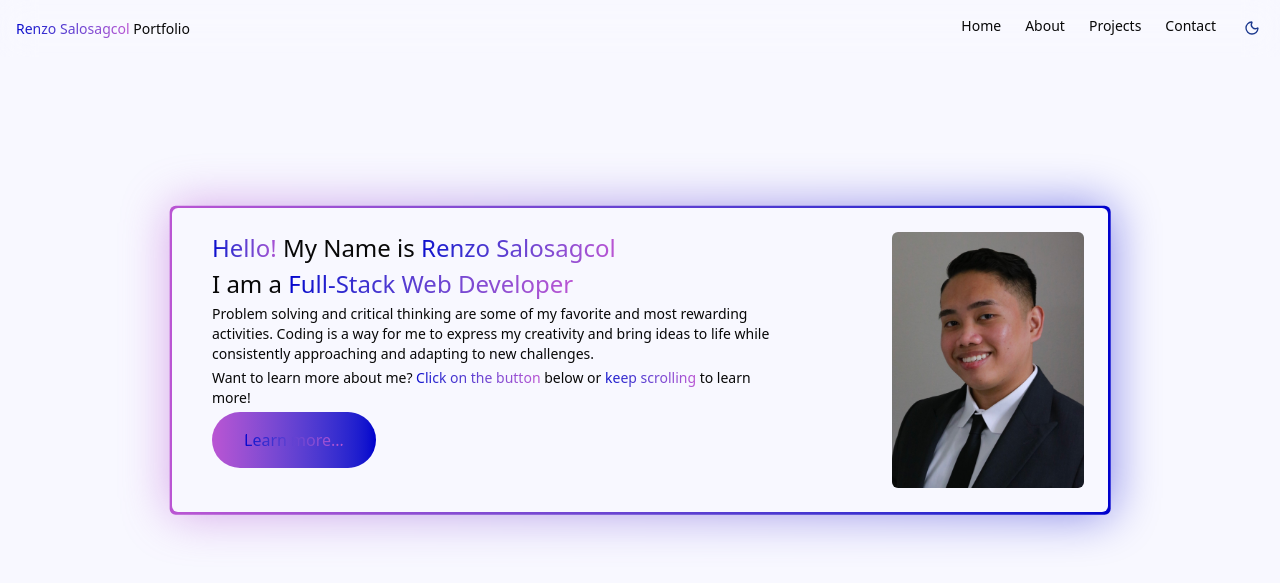
Repository: Renzo-Salosagcol/Updated_Personal_Portfolio
Page: /
An editor plug-in stored every save of this project. The page is shown before and after the next save, followed by the edit.
The browser window is 1280 px wide. The pictures show the whole page.
The project was rebuilt for these pictures with package versions that can differ from the ones it lists, and the page was loaded fresh each time. Also part of the build but not shown: vite.config.js, src/pages/NotFound.jsx.

Above is the page before, as saved 2025-10-09 21:06:37.

### index.html
<!doctype html>
<html lang="en">
  <head>
    <meta charset="UTF-8" />
    <link rel="icon" type="image/svg+xml" href="/vite.svg" />
    <meta name="viewport" content="width=device-width, initial-scale=1.0" />
    <title>updated-personal-portfolio</title>
  </head>
  <body>
    <div id="root"></div>
    <script type="module" src="/src/main.jsx"></script>
  </body>
</html>

### src/index.css
@import "tailwindcss";

@theme {
  --color-background: var(--background);
  --color-foreground: var(--foreground);

  --color-primary: var(--primary);
  --color-secondary: var(--secondary);

  --animate-fade-in: fade-in 1s ease-in forwards;
}

@layer base {
  /* Light Theme */
  :root {
    --background: #f8f8ff; /* Ghost White */
    --foreground: #080808; /* Vampire Black */

    --primary: #0000cd; /* Medium Blue */
    --secondary: #ba55d3; /* Medium Orchid */
  }

  /* Dark Theme */
  .dark {
    --background: #080808; /* Vampire Black */
    --foreground: #f8f8ff; /* Ghost White */

    --primary: #ff0800; /* Candy Apple Red */
    --secondary: #fefc22; /* Laser Lemon */
  }

  html {
    @apply scroll-smooth;
  }

  body {
    @apply bg-background text-foreground transition-colors duration-300;
  }
}

@property --gradient-angle {
  syntax: "<angle>";
  initial-value: 0deg;
  inherits: false;
}

@keyframes spin {
  from {
    --gradient-angle: 0deg;
  }
  to {
    --gradient-angle: 360deg;
  }
}

@keyframes fade-in {
  0% {
    opacity: 0;
    transform: translateY(20px);
  }
  100% {
    opacity: 1;
    transform: translateY(0);
  }
}

@utility container {
  margin-inline: auto;
  padding-inline: 1rem;
}

@utility after-gradient-border {
  @apply absolute h-[101.5%] w-[100.5%] top-1/2 left-1/2 -translate-x-1/2 -translate-y-1/2 rounded-md -z-10 bg-gradient-to-l from-primary to-secondary;
  content: '';
  /* animation: 3s spin linear infinite; */
}

@utility before-gradient-border {
  @apply after-gradient-border;
  filter: blur(1.5rem);
  opacity: 0.5;
}

@utility gradient-text {
  @apply text-transparent bg-clip-text bg-gradient-to-r from-primary to-secondary transition-colors duration-300;
}

@utility gradient-button {
  @apply flex justify-center items-center rounded-full py-[1em] px-[2em] bg-gradient-to-l from-primary to-secondary hover:cursor-pointer;
}

@utility gradient-button-inner {
  @apply flex h-full w-full items-center justify-center rounded-full bg-background gradient-text z-10
}

@utility gradient-border {
  @apply after:after-gradient-border before:before-gradient-border
}

@utility glassmorphism {
  @apply bg-background/30 backdrop-blur-lg
}

### src/App.jsx
import { BrowserRouter, Routes, Route } from "react-router-dom"
import { Home } from "./pages/Home"
import { NotFound } from "./pages/NotFound"

function App() {
  return (
    <BrowserRouter>
      <Routes>
        <Route path="/" element={<Home />} />
        <Route path="*" element={<NotFound />} />
      </Routes>
    </BrowserRouter>
  )
}

export default App

### src/pages/Home.jsx
import { Background } from "../components/Background"
import { Navbar } from "../components/Navbar"
import { Hero } from "../components/Hero"

export const Home = () => {
  return (
    <div id="home" className="w-full h-screen">
      {/* Background */}
      <Background />


      {/* Navbar */}
      <Navbar />

      {/* Main */}
      <Hero />

      {/* Footer */}
    </div>
  )
}

### src/components/Background.jsx


export const Background = () => {
  return (
    <div className="fixed inset-0 overflow-hidden pointer-events-none -z-40 bg-background w-screen h-screen">
    </div>
  )
}

### src/components/Navbar.jsx
import { ThemeToggle } from './ThemeToggle'

const items = [
  { name: 'Home', href: '#home' },
  { name: 'About', href: '#about' },
  { name: 'Projects', href: '#projects' },
  { name: 'Contact', href: '#contact' },
]

export const Navbar = () => {
  return (
    <nav className="fixed top-0 left-0 w-full p-2 flex items-center justify-between glassmorphism z-40 text-sm md:text-md text-foreground">
      <a href="#home" className="p-2"><span className="gradient-text">Renzo Salosagcol</span> Portfolio</a>
      <ul className="flex gap-6 p-2">
        {items.map(item => (
          <li key={item.name}
            className="hover:gradient-text transition-all duration-300 relative">
            <a href={item.href}>{item.name}</a>
          </li>
        ))}
        <li><ThemeToggle /></li>
      </ul>
    </nav>
  )
}

### src/components/Hero.jsx
import GradientButton from "./GradientButton";

export const Hero = () => {
  return (
    <main className="relative min-h-screen flex items-center justify-center max-w-10/12 rounded-md container z-0">
      <div className="z-0 relative gradient-border opacity-0 animate-fade-in">
        <div className="w-full h-full relative container flex flex-cols md:flex-rows justify-between gap-6 rounded-md p-6 bg-background">
          <div className="container flex flex-col gap-1">
            <h1 className="text-lg md:text-xl lg:text-2xl">
              <span className="gradient-text">Hello! </span>
              My Name is
              <span className="gradient-text"> Renzo Salosagcol</span>
            </h1>
            <h1 className="text-lg md:text-xl lg:text-2xl">I am a <span className="gradient-text">Full-Stack Web Developer</span></h1>
            <h3 className="w-md md:w-lg lg:w-xl text-sm">Problem solving and critical thinking are some of my favorite and most rewarding activities. Coding is a way for me to express my creativity and bring ideas to life while consistently approaching and adapting to new challenges.</h3>
            <h3 className="w-md md:w-lg lg:w-xl text-sm">Want to learn more about me?
              <span className="gradient-text"> Click on the button</span> below or
              <span className="gradient-text"> keep scrolling</span> to learn more!
            </h3>
            <a
              href="#about"
              className="relative"
            >
              <GradientButton content="Learn more..." />
            </a>
          </div>
          <div>
            <img
            src="../../headshot.jpeg"
            alt="Headshot Photo"
            className="rounded-md w-64 h-64 object-cover"
            />
          </div>
      </div>
      </div>
    </main>
  )
}

### src/components/ThemeToggle.jsx
import { useState, useEffect } from "react"
import { Sun, Moon } from "lucide-react"

export const ThemeToggle = () => {
  const [isDark, setIsDark] = useState(false)

  useEffect(() => {
    const theme = localStorage.getItem("theme")
    if (theme) {
      setIsDark(theme === "dark")
      document.documentElement.classList.toggle("dark", theme === "dark")
    }
  }, [])

  const toggleTheme = () => {
    setIsDark(!isDark)
    document.documentElement.classList.toggle("dark", !isDark)
    localStorage.setItem("theme", !isDark ? "dark" : "light")
  }

  return (
    <button
      onClick={toggleTheme}
      className="max-sm:hidden p-1 z-50 rounded-full transition-color duration-300 focus:outline-hidden hover:cursor-pointer"
    >
      {isDark ? (
        <Sun className="h-4 w-4 text-yellow-300" />
      ) : (
        <Moon className="h-4 w-4 text-blue-900" />
      )}
    </button>

  )
}

### src/components/GradientButton.jsx
import React from "react";
import { props } from "react";

function GradientButton(props) {
  return (
    <button className="gradient-button">
      <div className="gradient-button-inner">
        {props.content}
      </div>
    </button>
  )
}

export default GradientButton;

Loaded but not shown: src/main.jsx (common file)

After the next save:
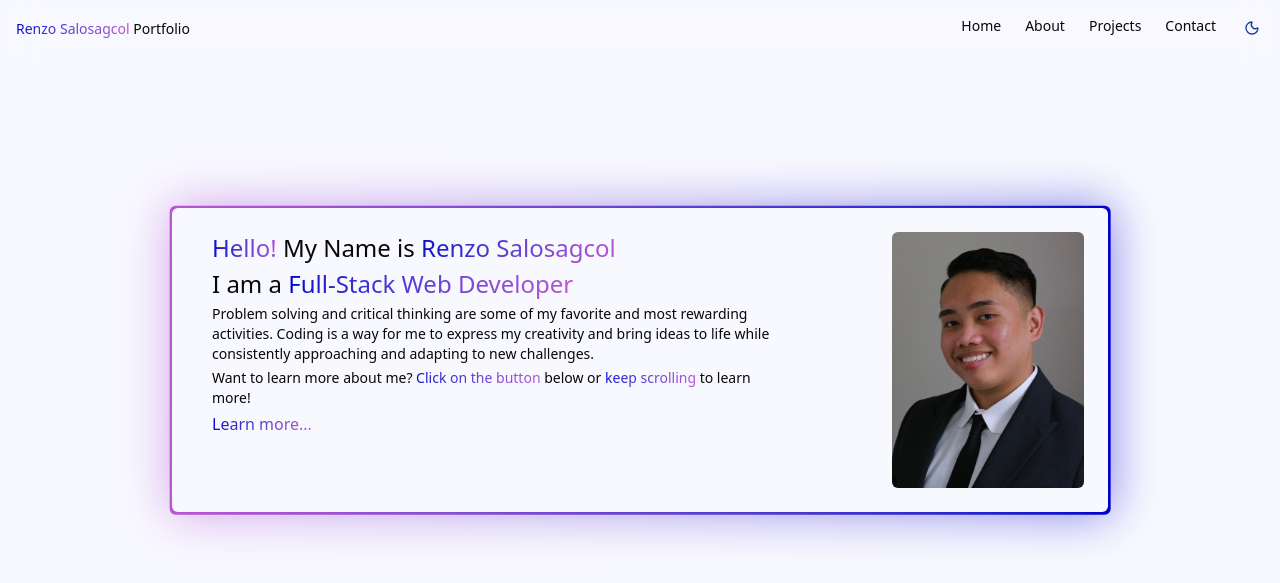
Saved 44 s later.
--- a/src/index.css
+++ b/src/index.css
@@ -86,7 +86,7 @@
 }
 
 @utility gradient-button {
-  @apply flex justify-center items-center rounded-full py-[1em] px-[2em] bg-gradient-to-l from-primary to-secondary hover:cursor-pointer;
+  @apply after:after-gradient-border before:before-gradient-border;
 }
 
 @utility gradient-button-inner {
